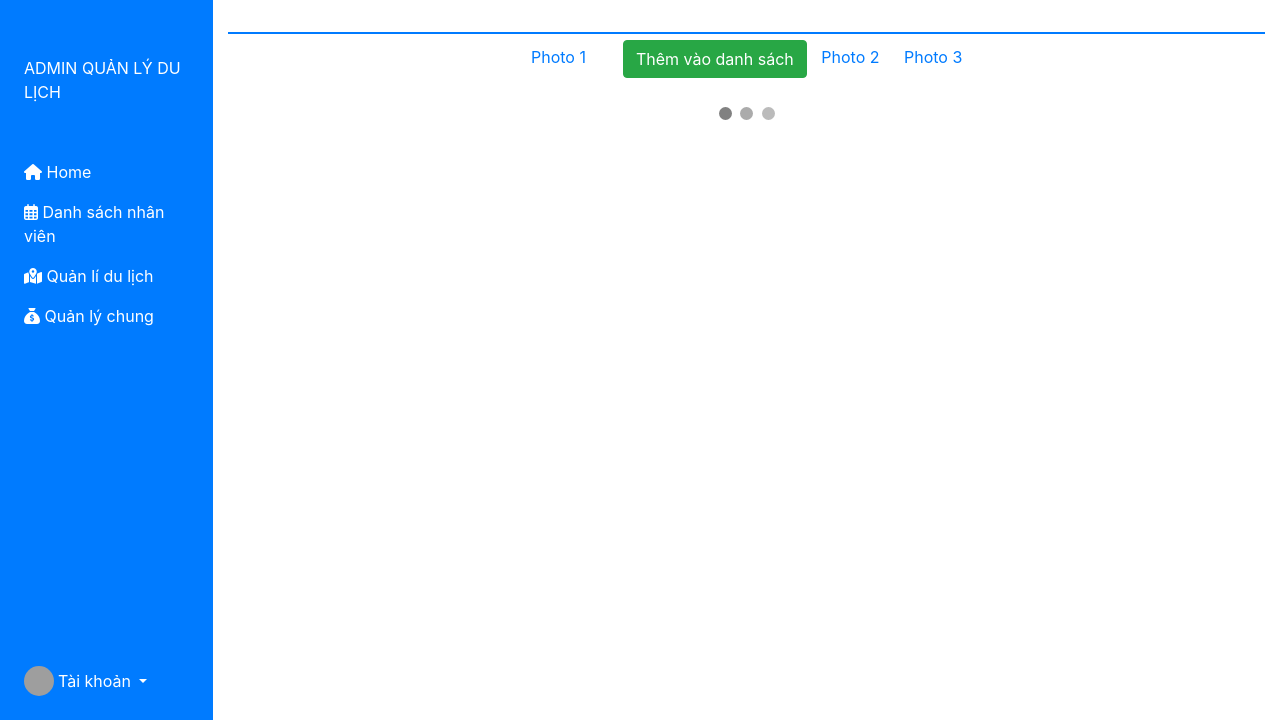
Repository: vantohuu/BOOKINGTOUR
Page: http://localhost/BOOKINGTOUR/WEB-INF/views/home/homeshow.jsp
The author's editor kept a copy of each file at every save. The page is drawn from the files as they stood at one save, then again after the next save.
The browser window is 1280 px wide. The pictures show the whole page.
Pictures or frames that could not be fetched are drawn as grey boxes. Some web libraries are served in a nearby version. The page is served by Tomcat 9. Nobody is signed in. The template is opened directly, without the code that normally fills it, so the values that code supplies are empty.

Above is the page before, as saved 2023-06-04 08:09:38.

After the next save:
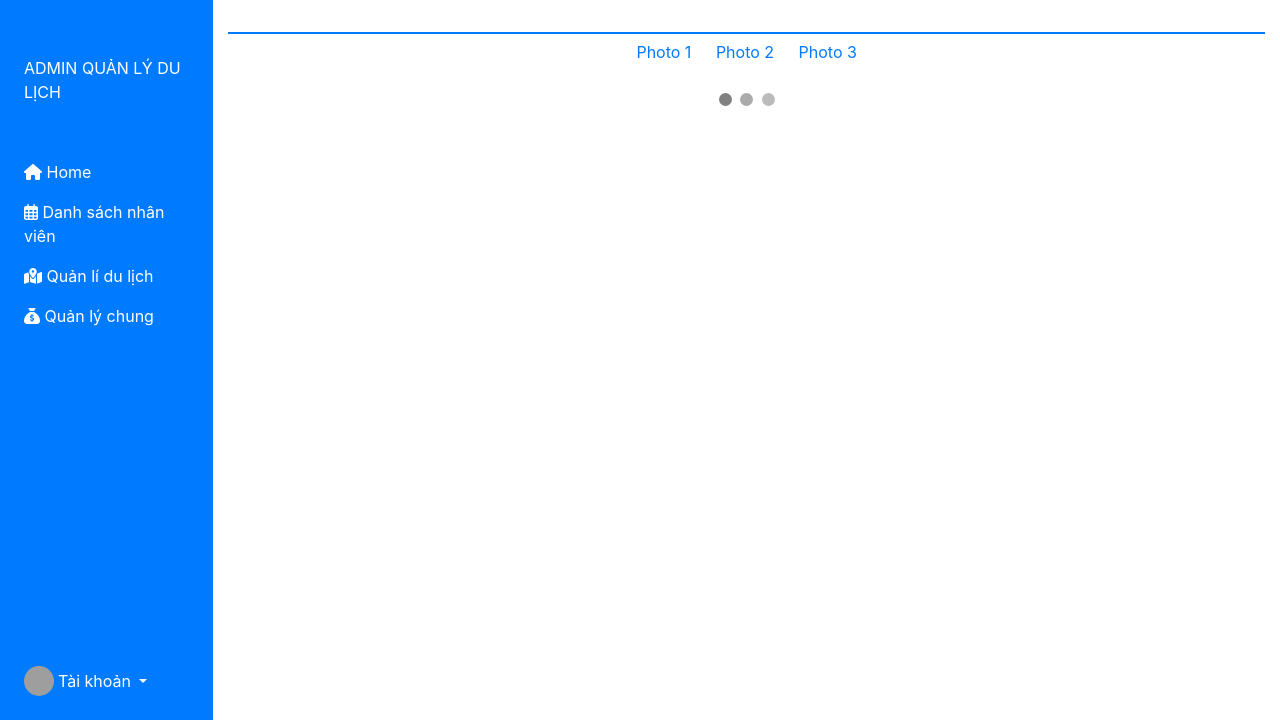
Saved 74 s later.
--- a/BOOKINGTOUR/src/main/webapp/WEB-INF/views/home/homeshow.jsp
+++ b/BOOKINGTOUR/src/main/webapp/WEB-INF/views/home/homeshow.jsp
@@ -133,12 +133,12 @@
     display: inline;margin: 10px;
 "
 "><a href="#submenu"class="link-success link-offset-2 link-underline-opacity-25 link-underline-opacity-100-hover">Photo 1</a></p>
-			<a href="#submenu" style="display: inline;"
+			<!-- <a href="#submenu" style="display: inline;"
 										data-bs-toggle="collapse"
 										class="nav-link text-white px-0 align-middle "> <i
 											class="fa-solid fa-map-location-dot"></i>
 											<button class="btn btn-success">Thêm vào danh sách</button>
-									</a>
+									</a> -->
 										<ul class="collapse nav flex-column ms-1" id="submenu${phong.id}" data-bs-parent="#menu">
                             <li class="w-100">
                                 <form action="insert.htm" method="post" >
